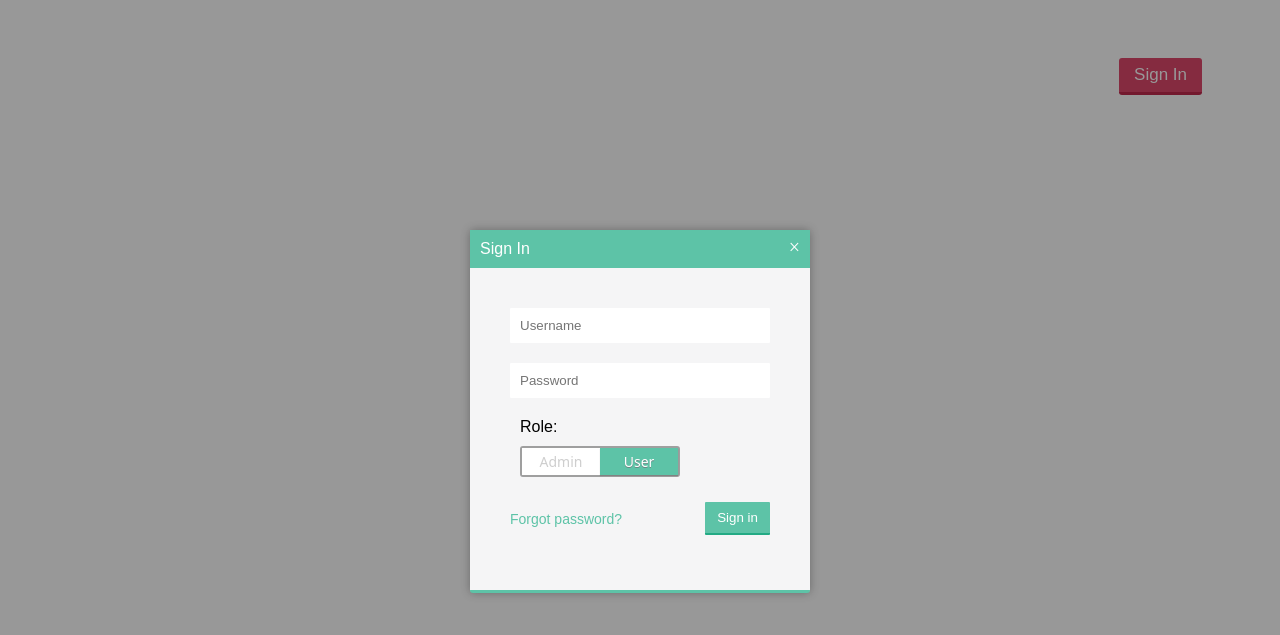
Repository: Mainak-Deb/EmployeeApprisalApp
Page: http://localhost/EmployeeApprisalForm/
These files come from the project's save history. The page is drawn as it stood at one moment and after the next save; the edit follows.
The browser window is 1280 px wide. The pictures show the whole page.
The page is served by Tomcat 9. Other server files are loaded and not shown.

Above is the page before, as saved 2023-06-16 08:57:53.

### EmployeeApprisalForm/src/main/webapp/WEB-INF/views/index.jsp
<%@ page language="java" contentType="text/html; charset=ISO-8859-1"
    pageEncoding="ISO-8859-1"%>
<!DOCTYPE html>
<html>
<head>
<meta charset="ISO-8859-1">
<title>Insert title here</title>
<link rel="stylesheet" href="public/styles/index.css" />
</head>
<body>
<span class="button">Sign In</span>
<div class="modal-bg">
<div id="modal">
	<span>Sign In<a href="#close" id="close">&#215;</a></span>
	<form  action="login.do" method="post"  >
		<input id="username" name="username" type="text" placeholder="Username" required>
		<input id="password" name="password" type="password" placeholder="Password" required>
		<div>
	         <label for="role">Role:</label> <br>
	         <div class="radio">
				<input label="Admin" type="radio" id="admin" name="role" value="admin">
				<input label="User" type="radio" id="user" name="role" value="user" checked>
			</div>
		</div>
		<a id="forgot-link" href="#">Forgot password?</a>
		<button name="submit" id="submit" type="submit">Sign in</button>
	</form>
</div>
</div>
<script src="https://code.jquery.com/jquery-3.6.0.min.js"></script>
<script type="text/javascript">
$('.button').click(function(){
	  $('#modal').css('display','block');
	  $('.modal-bg').fadeIn();
});

	$('#close').click(function(){
		  $('.modal-bg').fadeOut();
		  $('#modal').fadeOut();
	  return false;
	});
</script>
</body>
</html>

### EmployeeApprisalForm/src/main/webapp/public/styles/index.css
@charset "ISO-8859-1";
body{
 /* background-color:#292B2C;*/
 font-family: 'PT Sans', sans-serif;
}
a{
	outline: 0;
	text-decoration: none;
}
.modal-bg{
	position:fixed;
	left:0;right:0;
	top:0;bottom:0;
	z-index:100;
	background-color:rgba(50,50,50,0.5);
}

.button{
	position:relative;
	font-size:17px;
	background:#DA244F;
	border-radius: 3px;
	border-bottom: 3px solid #B5002A;
	padding:7px 15px;
	color:#fff;
	cursor:pointer;
	float:right;
	margin:50px 70px;
 	-webkit-transition:margin 100ms;
	-moz-transition:margin 100ms;
	transition:margin 100ms ;
}
.button:active{
   margin: 53px 70px;
}
.button:hover{
	background:#C40532;
}
form{
	display:block;
	margin:30px;
  padding:px;
}
form *{
	margin:10px;
}
input:focus{
  outline:0;
}
input{
	width:240px;
	padding:10px;
	border:none;
	border-radius:1px;
}
button{
	float: right;
	padding: 8px 12px;
	margin-top: 15px;
	background: #5DC3A7;
	border: none;
	color: #fff;
	border-bottom: 2px solid #23AA84;
	border-radius: 1px;
	cursor: pointer;
}
button:active{
	margin: 18px 10px;
}
button:hover{
	background-color: #0FC491;
}
#forgot-link{
	font-size: 14px;
	line-height: 45px;
	color: #5DC3A7;
	display: inline-block;
}
#forgot-link:hover{
	color: #23AA84;
}
#modal{
	position:absolute;
	background-color:#F5F5F6;
	top:50%;
	left:50%;
	z-index:101;
	border-radius:3px;
	width:340px;
	height:360px;
	margin-top:-130px;
	margin-left:-170px;
	border-bottom: 3px solid #5DC3A7;
	box-shadow:0 0 10px 0 rgba(0,0,0,0.3);
}

#modal span{
	display: block;
	background:#5DC3A7;
	padding: 10px;
	color:#fff;
}
#close{
	float: right;
	color: #fff;
  margin-top:-4px;
	font-family: serif;
	font-size: 20px;
}
#close:hover{
	color:gray;
}


.radio {
	border-radius: 3px;
	border: 2px solid #2b2b2b6d;
	display:flex;
	flex-direction:row;
	width:60%;
}

.radio input {
	width: 50%;
	height: auto;
	margin:0px;
	margin-bottom:0px;
	-webkit-appearance: none;
	-moz-appearance: none;
	appearance: none;
	outline: none;
	cursor: pointer;
	border-radius:0px;
	padding: 4px 8px;
	background-color: rgba(255,255,255);
	color: #bdbdbdbd;
	font-size: 14px;
	font-family: system-ui, -apple-system, BlinkMacSystemFont, "Segoe UI", Roboto,
		"Helvetica Neue", Arial, "Noto Sans", sans-serif, "Apple Color Emoji",
		"Segoe UI Emoji", "Segoe UI Symbol", "Noto Color Emoji";
	transition: all 100ms linear;

}

.radio input:checked {
	background-color:  #5DC3A7;
	color: #fff;
	box-shadow: 0 1px 1px #0000002e;
	text-shadow: 0 1px 0px #79485f7a;
}

.radio input:before {
	content: attr(label);
	display: inline-block;
	text-align: center;
	width: 100%;
}

After the next save:
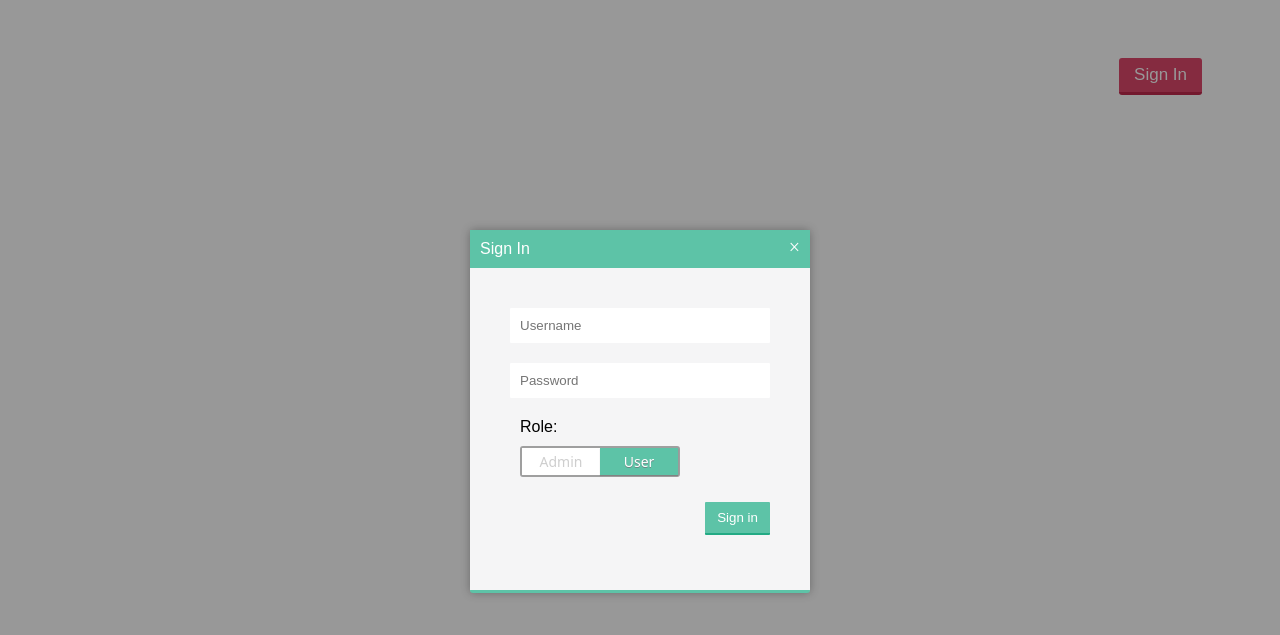
Saved 7 s later.
--- a/EmployeeApprisalForm/src/main/webapp/WEB-INF/views/index.jsp
+++ b/EmployeeApprisalForm/src/main/webapp/WEB-INF/views/index.jsp
@@ -22,7 +22,7 @@
 				<input label="User" type="radio" id="user" name="role" value="user" checked>
 			</div>
 		</div>
-		<a id="forgot-link" href="#">Forgot password?</a>
+
 		<button name="submit" id="submit" type="submit">Sign in</button>
 	</form>
 </div>
